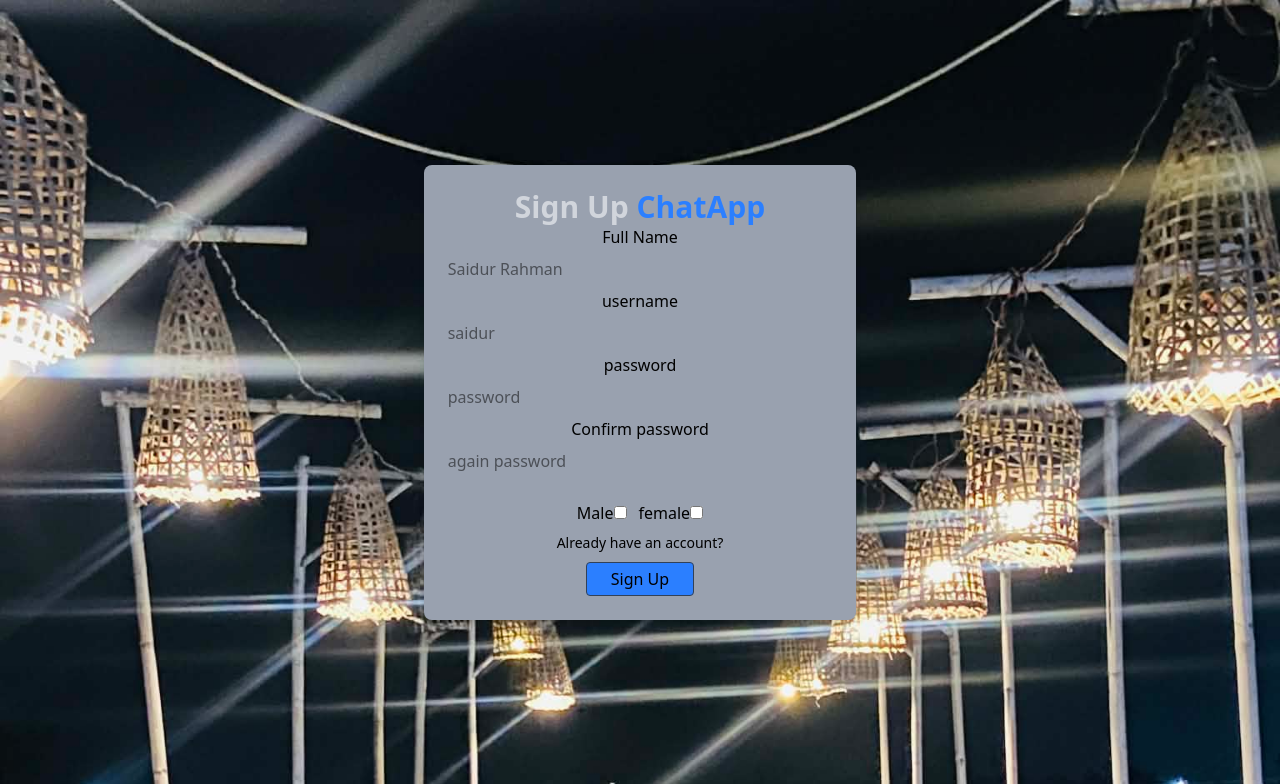
Repository: ridhukhan/chatapp
Page: / (app in frontend/)
The author's editor kept a copy of each file at every save. The page is drawn from the files as they stood at one save, then again after the next save.
The browser window is 1280 px wide. The pictures show the whole page.
Backgrounds fixed to the window are drawn as part of the page. The project was rebuilt for these pictures with package versions that can differ from the ones it lists, and the page was loaded fresh each time. Also part of the build but not shown: frontend/vite.config.js, frontend/src/Pages/login/Login.jsx.

Above is the page before, as saved 2025-12-25 14:55:40.

After the next save:
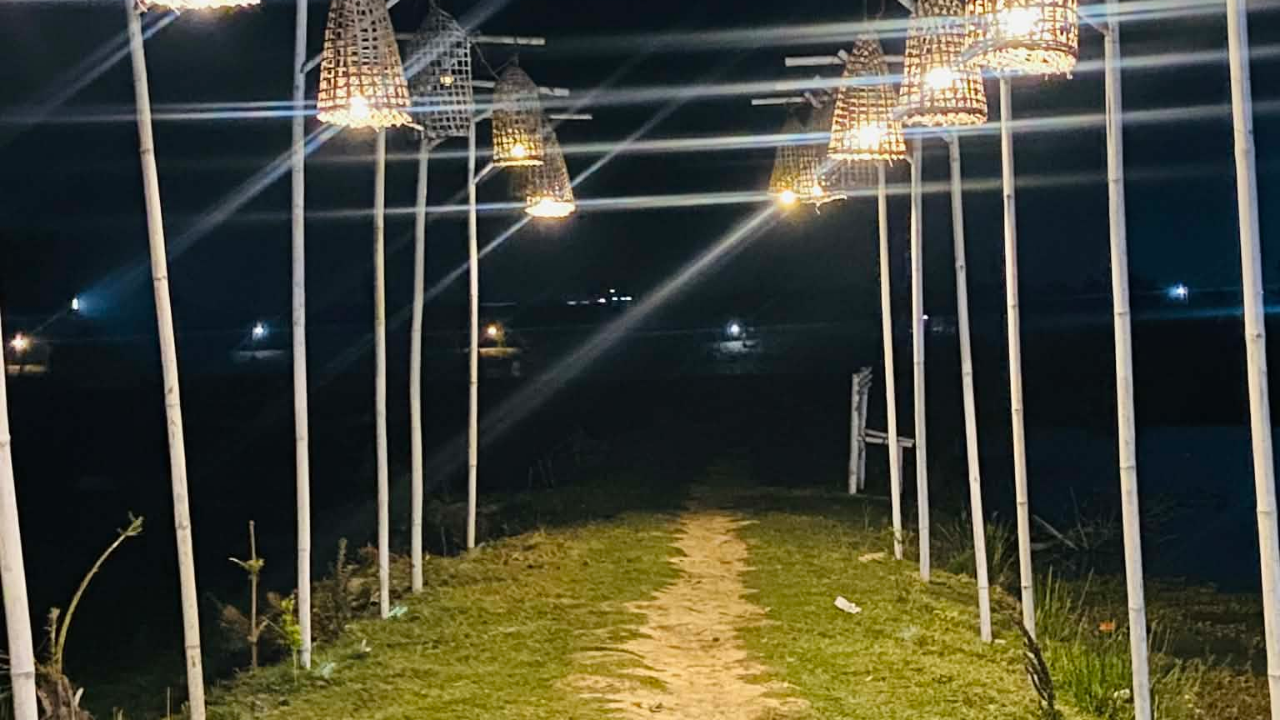
Console error: ReferenceError: Home is not defined
Saved 26 s later.
--- a/frontend/src/App.jsx
+++ b/frontend/src/App.jsx
@@ -7,7 +7,7 @@
 
   return (
     <div className='p-4 h-screen flex items-center justify-center'>
-     <SignUp/>
+<Home/>
     </div>
   )
 }

After the 3 saves that followed:
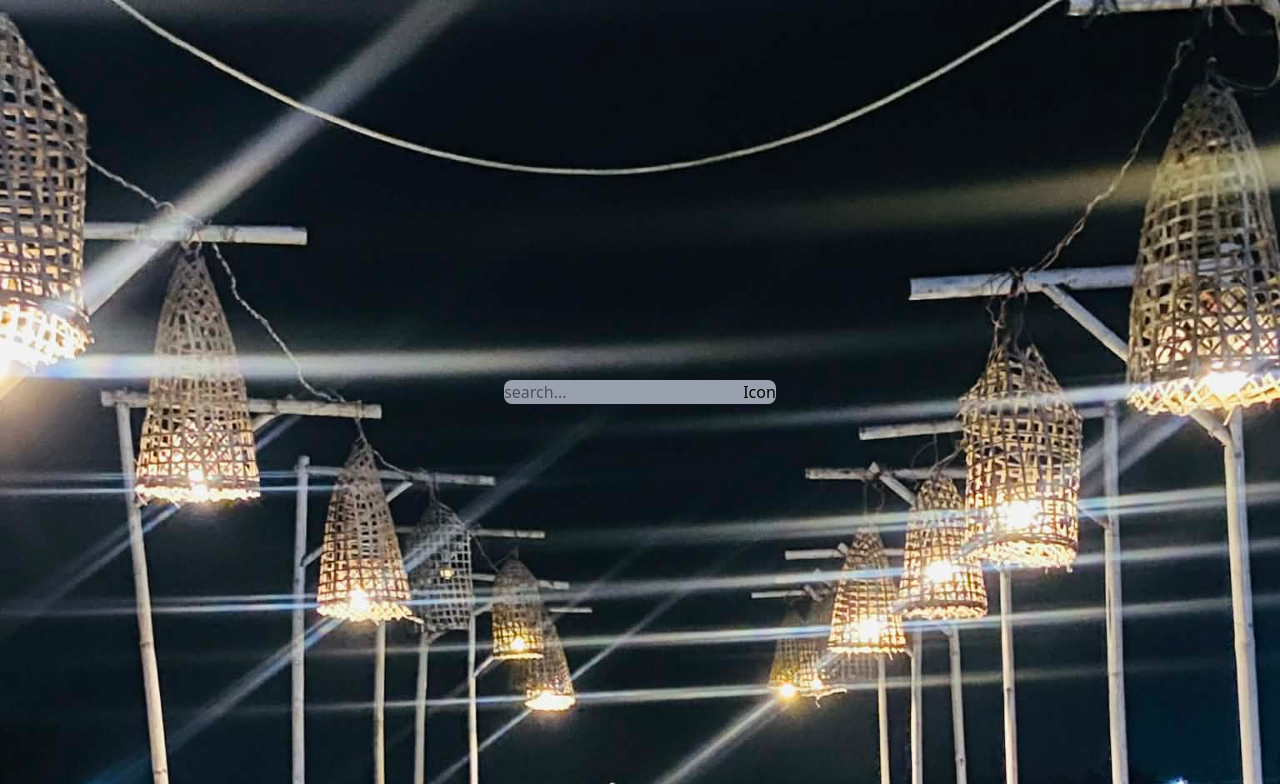
The error is gone.
The 3 saves are shown as one change because 2 left the picture as it was.
The last was saved 4 min 4 s later.
--- a/frontend/src/App.jsx
+++ b/frontend/src/App.jsx
@@ -1,5 +1,6 @@
 
 import './App.css'
+import Home from './Pages/home/Home'
 import Login from './Pages/login/Login'
 import SignUp from './Pages/signup/SignUp'
 
--- a/frontend/src/Pages/home/Home.jsx
+++ b/frontend/src/Pages/home/Home.jsx
@@ -1,4 +1,5 @@
 import React from 'react'
+import Sidebar from '../../Components/sidebar/Sidebar'
 
 const Home = () => {
   return (
@@ -7,7 +8,7 @@
 
 
 
-      <Saidbar/>
+      <Sidebar/>
 
     </div>
   )
--- a/frontend/src/Components/sidebar/Sidebar.jsx
+++ b/frontend/src/Components/sidebar/Sidebar.jsx
@@ -1,9 +1,10 @@
 import React from 'react'
+import SearchInput from './SearchInput'
 
 const Sidebar = () => {
   return (
     <div>
-
+<SearchInput/>
 <div  className='divider px-3'></div>
 
     </div>
